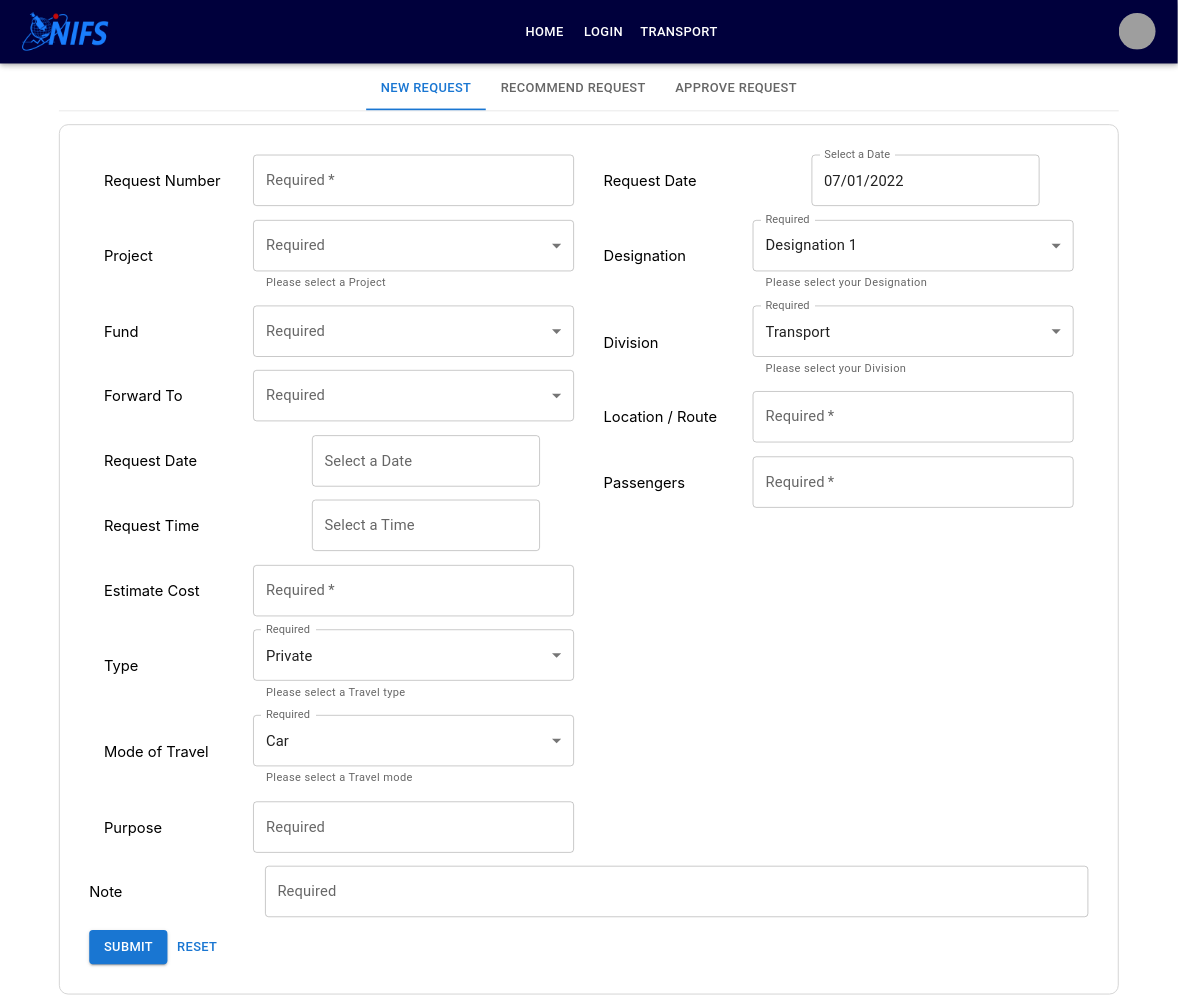
Repository: Ravindu97/NIFS_WebApplication
Page: /transport (app in client/)
These files come from the project's save history. The page is drawn as it stood at one moment and after the next save; the edit follows.
The browser window is 1280 px wide. The pictures show the whole page, at 92% of full size.
Pictures or frames that could not be fetched are drawn as grey boxes. The project was rebuilt for these pictures with package versions that can differ from the ones it lists, and the page was loaded fresh each time. Also part of the build but not shown: client/src/pages/Home.js, client/src/pages/Login.js, client/src/components/Transport/RecommendedRequest.js, client/src/components/Transport/ApproveRequest.js.

Above is the page before, as saved 2022-07-01 11:48:13.

### client/src/index.css
body {
  margin: 0;
  font-family: -apple-system, BlinkMacSystemFont, 'Segoe UI', 'Roboto', 'Oxygen',
    'Ubuntu', 'Cantarell', 'Fira Sans', 'Droid Sans', 'Helvetica Neue',
    sans-serif;
  -webkit-font-smoothing: antialiased;
  -moz-osx-font-smoothing: grayscale;
}

:root{
  --main-navbar-back: #00003c;

}


.nav-logo{
  width: 100px;
  height: auto;
}

/* main navbar */
.main-navbar{
  background-color: var(--main-navbar-back) !important;
}

/* secondary navbar */
.secondary-navbar{
  margin-top: 10vh !important;
  margin: auto;
}

/* body content */
.body-content{
  margin: auto;
  width: 90%;
  margin-top: 2vh;
}

/* -------------------css for form starts here */
/* form section means outsice the <form> tag */

.form-section{
  border: 1px solid #d2d2d2;
  border-radius: 10px;
  padding: 2rem;
  margin-bottom: 2vh;
}

/* input fields */
.input-fields{
  display: flex;
  align-items: center;
  margin-bottom: 2vh;
}

.input-fields label{
  margin-right: 2vw;
  width: 200px;
}

.form-left,.form-right{

  margin-left: 1em;
  margin-right: 1em;
}

/* -----------------css for form ends here */

### client/src/App.js
import * as React from 'react';
import { BrowserRouter as Router, Route, Routes } from 'react-router-dom';
import Navbar from './components/shared/Navbar';
import Home from './pages/Home';
import Login from './pages/Login';
import TransportMainPage from './pages/TransportMainPage';

function App() {
	return (
		<div>
			<Router>
				<Navbar />
				<Routes>
					<Route exact path="/" element={<Home />} />
					<Route exact path="/login" element={<Login />} />
					<Route exact path="/transport/*" element={<TransportMainPage />} />
				</Routes>
			</Router>
		</div>
	);
}

export default App;

### client/src/components/shared/Navbar.js
import * as React from 'react';
import AppBar from '@mui/material/AppBar';
import Box from '@mui/material/Box';
import Toolbar from '@mui/material/Toolbar';
import IconButton from '@mui/material/IconButton';
import Typography from '@mui/material/Typography';
import Menu from '@mui/material/Menu';
import MenuIcon from '@mui/icons-material/Menu';
import Container from '@mui/material/Container';
import Avatar from '@mui/material/Avatar';
import Button from '@mui/material/Button';
import Tooltip from '@mui/material/Tooltip';
import MenuItem from '@mui/material/MenuItem';
import { Link } from 'react-router-dom';
import Logo from '../../images/nifs_logo.png';

const Navbar = () => {
	const pages = [
		{
			id: 0,
			title: 'Home',
			link: '/',
		},
		{
			id: 1,
			title: 'Login',
			link: '/login',
		},
		{
			id: 2,
			title: 'Transport',
			link: '/transport',
		},
	];

	const settings = [
		{
			id: 0,
			title: 'Home',
			link: '/',
		},
		{
			id: 1,
			title: 'Login',
			link: '/login',
		},
		{
			id: 2,
			title: 'Transport',
			link: '/transport',
		},
	];

	const [anchorElNav, setAnchorElNav] = React.useState(null);
	const [anchorElUser, setAnchorElUser] = React.useState(null);

	const handleOpenNavMenu = (event) => {
		setAnchorElNav(event.currentTarget);
	};
	const handleOpenUserMenu = (event) => {
		setAnchorElUser(event.currentTarget);
	};

	const handleCloseNavMenu = () => {
		setAnchorElNav(null);
	};

	const handleCloseUserMenu = () => {
		setAnchorElUser(null);
	};

	return (
		<AppBar position="fixed" className="main-navbar">
			<Container maxWidth="xl">
				<Toolbar disableGutters>
					{/*Responsive view start here  */}
					<Box sx={{ display: { xs: 'none', md: 'flex' }, mr: 1 }}>
						<img src={Logo} alt="logo" className="nav-logo" />
					</Box>

					<Box sx={{ flexGrow: 1, display: { xs: 'flex', md: 'none' } }}>
						<IconButton
							size="large"
							aria-label="account of current user"
							aria-controls="menu-appbar"
							aria-haspopup="true"
							onClick={handleOpenNavMenu}
							color="inherit"
						>
							<MenuIcon />
						</IconButton>
						<Menu
							id="menu-appbar"
							anchorEl={anchorElNav}
							anchorOrigin={{
								vertical: 'bottom',
								horizontal: 'left',
							}}
							keepMounted
							transformOrigin={{
								vertical: 'top',
								horizontal: 'left',
							}}
							open={Boolean(anchorElNav)}
							onClose={handleCloseNavMenu}
							sx={{
								display: { xs: 'block', md: 'none' },
							}}
						>
							{pages &&
								pages.map((page) => (
									<MenuItem key={page.id} onClick={handleCloseNavMenu}>
										<Link to={page.link} style={{ textDecoration: 'none' }}>
											<Typography textAlign="center">{page.title}</Typography>
										</Link>
									</MenuItem>
								))}
						</Menu>
					</Box>
					{/* Responsive view ends here */}

					{/* Full width starts here */}
					<Box
						sx={{
							mr: 2,
							display: { xs: 'flex', md: 'none' },
							flexGrow: 1,
						}}
					>
						<img src={Logo} alt="logo" className="nav-logo" />
					</Box>

					<Box
						sx={{ flexGrow: 1, display: { xs: 'none', md: 'flex' } }}
						style={{ justifyContent: 'center' }}
					>
						{pages &&
							pages.map((page) => (
								<Link to={page.link} style={{ textDecoration: 'none' }}>
									<Button
										key={page.id}
										onClick={handleCloseNavMenu}
										sx={{ my: 2, color: 'white', display: 'block' }}
									>
										{page.title}
									</Button>
								</Link>
							))}
					</Box>

					{/* end of the navbar */}
					<Box sx={{ flexGrow: 0 }}>
						<Tooltip title="Open settings">
							<IconButton onClick={handleOpenUserMenu} sx={{ p: 0 }}>
								<Avatar
									alt="Remy Sharp"
									src="https://images.unsplash.com/photo-1566753323558-f4e0952af115?ixlib=rb-1.2.1&ixid=MnwxMjA3fDB8MHxzZWFyY2h8MXx8bWFsZXxlbnwwfHwwfHw%3D&w=1000&q=80"
								/>
							</IconButton>
						</Tooltip>
						<Menu
							sx={{ mt: '45px' }}
							id="menu-appbar"
							anchorEl={anchorElUser}
							anchorOrigin={{
								vertical: 'top',
								horizontal: 'right',
							}}
							keepMounted
							transformOrigin={{
								vertical: 'top',
								horizontal: 'right',
							}}
							open={Boolean(anchorElUser)}
							onClose={handleCloseUserMenu}
						>
							{settings.map((setting) => (
								<MenuItem key={setting.id} onClick={handleCloseUserMenu}>
									<Typography textAlign="center">{setting.title}</Typography>
								</MenuItem>
							))}
						</Menu>
					</Box>
				</Toolbar>
			</Container>
		</AppBar>
	);
};
export default Navbar;

### client/src/pages/TransportMainPage.js
import React from 'react';

import TransportNavbar from '../components/Transport/shared/TransportNavbar';
import { Route, Routes } from 'react-router-dom';
import NewRequest from '../components/Transport/NewRequest';
import RecommendedRequest from '../components/Transport/RecommendedRequest';
import ApproveRequest from '../components/Transport/ApproveRequest';

// transport main page where all other section of transport department can be access from here
function TransportMainPage() {
	return (
		<div>
			<TransportNavbar />
			<div className="body-content">
				<Routes>
					<Route exact path="/" element={<NewRequest />} />
					<Route exact path="/recommend" element={<RecommendedRequest />} />
					<Route exact path="/approve" element={<ApproveRequest />} />
				</Routes>
			</div>
		</div>
	);
}

export default TransportMainPage;

### client/src/components/Transport/shared/TransportNavbar.js
import * as React from 'react';
import Tabs from '@mui/material/Tabs';
import Tab from '@mui/material/Tab';
import Box from '@mui/material/Box';
import { Link, useLocation } from 'react-router-dom';

export default function TransportNavbar() {
	const location = useLocation();

	const pages = [
		{
			id: 0,
			title: 'New Request',
			link: '/transport',
		},
		{
			id: 1,
			title: 'Recommend Request',
			link: '/transport/recommend',
		},
		{
			id: 2,
			title: 'Approve Request',
			link: '/transport/approve',
		},
	];

	return (
		<Box sx={{ width: '90%' }} className="secondary-navbar">
			<Box sx={{ borderBottom: 1, borderColor: 'divider' }}>
				<Tabs value={location.pathname} centered>
					{pages &&
						pages.map((page) => (
							<Tab
								key={page.id}
								label={page.title}
								value={page.link}
								component={Link}
								to={page.link}
							/>
						))}
				</Tabs>
			</Box>
		</Box>
	);
}

### client/src/components/Transport/NewRequest.js
import {
	Button,
	TextField,
	Select,
	InputLabel,
	MenuItem,
	FormControl,
} from '@mui/material';
import React, { useState } from 'react';
import { useForm } from 'react-hook-form';
import Box from '@mui/material/Box';
// import datepicker
import { AdapterDateFns } from '@mui/x-date-pickers/AdapterDateFns';
import { LocalizationProvider } from '@mui/x-date-pickers/LocalizationProvider';
import { DatePicker } from '@mui/x-date-pickers/DatePicker';
import { TimePicker } from '@mui/x-date-pickers/TimePicker';
import { StaticTimePicker } from '@mui/x-date-pickers/StaticTimePicker';
// sample data files start here
import Projects from './shared/sampleData/Project.json';
import Funds from './shared/sampleData/Fund.json';
import ForwardedTo from './shared/sampleData/ForwardedTo.json';
import Divisions from './shared/sampleData/Division.json';
import Designations from './shared/sampleData/Designation.json';

// sample data files ends here

function NewRequest() {
	// date set to be stored
	const { register, handleSubmit, reset } = useForm();

	const [project, setProjects] = useState(Projects);
	const [fund, setFunds] = useState(Funds);
	const [forwardedTo, setForwardedTos] = useState(ForwardedTo);
	const [division, setDivisions] = useState(Divisions);
	const [designation, setDesignations] = useState(Designations);
	const [reqDate, setReqDate] = React.useState(null);
	const [reqTime, setReqTime] = React.useState(null);
	const [today, setToday] = React.useState(new Date());

	const submitDetails = (data) => {
		console.log(data);
	};

	return (
		<div className="form-section">
			<form onSubmit={handleSubmit(submitDetails)}>
				<Box
					sx={{
						display: { xs: 'block', md: 'flex' },
						justifyContent: 'center',
					}}
				>
					{/* left section of the form */}

					<Box
						className="form-left"
						sx={{
							width: { xs: '90%', md: '50%' },
						}}
					>
						{/* Request number */}

						<Box className="input-fields">
							<label>Request Number</label>
							<TextField
								fullWidth
								required
								type="text"
								name="reqNo"
								id="outlined-basic"
								label="Required"
								variant="outlined"
								{...register('reqNo', { required: true })}
							/>
						</Box>

						{/* Select project */}

						<Box className="input-fields">
							<label>Project</label>
							<TextField
								fullWidth
								id="outlined-select-project-native"
								select
								label="Required"
								name="project"
								{...register('project', { required: true })}
								SelectProps={{
									native: true,
								}}
								helperText="Please select a Project"
							>
								<option value="" selected disabled></option>
								{project.map((option) => (
									<option key={option.id} value={option.value}>
										{option.value}
									</option>
								))}
							</TextField>
						</Box>

						{/* Select Fund */}

						<Box className="input-fields">
							<label>Fund</label>
							<TextField
								fullWidth
								id="outlined-select-fund-native"
								select
								label="Required"
								name="fund"
								{...register('fund', { required: true })}
								SelectProps={{
									native: true,
								}}
							>
								<option value="" selected disabled></option>
								{fund.map((option) => (
									<option key={option.id} value={option.value}>
										{option.value}
									</option>
								))}
							</TextField>
						</Box>

						{/* Select Forward */}

						<Box className="input-fields">
							<label>Forward To</label>
							<TextField
								fullWidth
								id="outlined-select-forward-native"
								select
								label="Required"
								name="forwardTo"
								{...register('forwardTo', { required: true })}
								SelectProps={{
									native: true,
								}}
							>
								<option value="" selected disabled></option>
								{forwardedTo.map((option) => (
									<option key={option.id} value={option.value}>
										{option.value}
									</option>
								))}
							</TextField>
						</Box>

						{/* date picker */}

						<Box className="input-fields">
							<LocalizationProvider dateAdapter={AdapterDateFns}>
								<label>Request Date</label>
								<DatePicker
									label="Select a Date"
									value={reqDate}
									{...register('requestDate', { required: true })}
									onChange={(newValue) => {
										setReqDate(newValue);
									}}
									renderInput={(params) => <TextField {...params} />}
								/>
							</LocalizationProvider>
						</Box>

						{/* Time picker */}

						<Box className="input-fields">
							<LocalizationProvider dateAdapter={AdapterDateFns}>
								<label>Request Time</label>
								<TimePicker
									label="Select a Time"
									value={reqTime}
									{...register('requestTime', { required: true })}
									onChange={(newValue) => {
										setReqTime(newValue);
									}}
									renderInput={(params) => <TextField {...params} />}
								/>
							</LocalizationProvider>
						</Box>

						{/* cost */}

						<Box className="input-fields">
							<label>Estimate Cost</label>
							<TextField
								fullWidth
								required
								type="text"
								name="estimateCost"
								id="outlined-basic"
								label="Required"
								variant="outlined"
								{...register('estimateCost', { required: true })}
							/>
						</Box>

						{/* travel type */}

						<Box className="input-fields">
							<label>Type</label>
							<TextField
								fullWidth
								id="outlined-select-forward-native"
								select
								label="Required"
								name="travelType"
								{...register('travelType', { required: true })}
								SelectProps={{
									native: true,
								}}
								helperText="Please select a Travel type"
							>
								<option value="private">Private</option>
								<option value="official">Official</option>
							</TextField>
						</Box>

						{/* Travel mode */}

						<Box className="input-fields">
							<label>Mode of Travel</label>
							<TextField
								fullWidth
								id="outlined-select-forward-native"
								select
								label="Required"
								name="travelMode"
								{...register('travelMode', { required: true })}
								SelectProps={{
									native: true,
								}}
								helperText="Please select a Travel mode"
							>
								<option value="car">Car</option>
								<option value="van">Van</option>
								<option value="cab">Cab</option>
							</TextField>
						</Box>

						{/* purpose */}

						<Box className="input-fields">
							<label>Purpose</label>
							<TextField
								fullWidth
								id="outlined-textarea"
								label="Required"
								name="purpose"
								{...register('purpose', { required: true })}
								SelectProps={{
									native: true,
								}}
								multiline
							/>
						</Box>
					</Box>

					{/* right section of the form */}

					<Box
						className="form-right"
						sx={{
							width: { xs: '90%', md: '50%' },
						}}
					>
						{/* today date picker */}

						<Box className="input-fields">
							<LocalizationProvider dateAdapter={AdapterDateFns}>
								<label>Request Date</label>
								<DatePicker
									label="Select a Date"
									value={today}
									{...register('requestDate', { required: true })}
									onChange={(newValue) => {
										setToday(newValue);
									}}
									renderInput={(params) => <TextField {...params} />}
								/>
							</LocalizationProvider>
						</Box>

						{/* designations */}

						<Box className="input-fields">
							<label>Designation</label>
							<TextField
								fullWidth
								id="outlined-select-forward-native"
								select
								label="Required"
								name="designation"
								{...register('designation', { required: true })}
								SelectProps={{
									native: true,
								}}
								helperText="Please select your Designation"
							>
								{designation.map((option) => (
									<option key={option.id} value={option.value}>
										{option.value}
									</option>
								))}
							</TextField>
						</Box>

						{/* division */}

						<Box className="input-fields">
							<label>Division</label>
							<TextField
								fullWidth
								id="outlined-select-forward-native"
								select
								label="Required"
								name="division"
								{...register('division', { required: true })}
								SelectProps={{
									native: true,
								}}
								helperText="Please select your Division"
							>
								{division.map((option) => (
									<option key={option.id} value={option.value}>
										{option.value}
									</option>
								))}
							</TextField>
						</Box>

						{/* HOD */}

						{/* Location / route */}

						<Box className="input-fields">
							<label>Location / Route</label>
							<TextField
								fullWidth
								required
								type="text"
								name="route"
								id="outlined-basic"
								label="Required"
								variant="outlined"
								{...register('route', { required: true })}
							/>
						</Box>

						{/* Location / route */}

						<Box className="input-fields">
							<label>Passengers</label>
							<TextField
								fullWidth
								required
								type="text"
								name="passengers"
								id="outlined-basic"
								label="Required"
								variant="outlined"
								{...register('passengers', { required: true })}
							/>
						</Box>
					</Box>
				</Box>

				{/* Note */}

				<Box sx={{ justifyContent: 'center' }}>
					<Box className="input-fields">
						<label>Note</label>
						<TextField
							fullWidth
							id="outlined-textarea"
							label="Required"
							name="note"
							{...register('note', { required: true })}
							SelectProps={{
								native: true,
							}}
							multiline
						/>
					</Box>
				</Box>

				{/* submit button */}

				<Box>
					<Button type="submit" variant="contained">
						Submit
					</Button>

					{/* reset the form */}

					<Button
						type="button"
						onClick={() => {
							reset({
								reqNo: '',
								project: '',
								fund: '',
								forwardTo: '',
								requestDate: '',
								requestTime: '',
								estimateCost: '',
								travelType: '',
								travelMode: '',
								purpose: '',
								note: '',
								employee: '',
								designation: '',
								date: '',
								division: '',
								HOD: '',
								route: '',
								passengers: '',
							});
						}}
					>
						Reset
					</Button>
				</Box>
			</form>
		</div>
	);
}

export default NewRequest;

### client/src/components/Transport/shared/sampleData/Project.json
[
    {
        "id": 0,
        "value": "Kandy tunnel"
    },
    {
        "id": 1,
        "value": "Moragahakanda project"
    },
    {
        "id": 2,
        "value": "Gin nilwala project"
    },
    {
        "id": 3,
        "value": "Samanala wewa projecct"
    },
    {
        "id": 4,
        "value": "Data visualization"
    }
]

### client/src/components/Transport/shared/sampleData/Fund.json
[
    {
        "id": 0,
        "value": "Stock market"
    },
    {
        "id": 1,
        "value": "BOC bank"
    },
    {
        "id": 2,
        "value": "Savings"
    },
    {
        "id": 3,
        "value": "Ticketing"
    },
    {
        "id": 4,
        "value": "Car wash"
    }
]

### client/src/components/Transport/shared/sampleData/ForwardedTo.json
[
    {
        "id": 0,
        "value": "Mr. Kamal"
    },
    {
        "id": 1,
        "value": "Mr. Sunil"
    },
    {
        "id": 2,
        "value": "Mr. Kusal"
    },
    {
        "id": 3,
        "value": "Mrs. Nayana"
    },
    {
        "id": 4,
        "value": "Miss Rashmi"
    }
]

### client/src/components/Transport/shared/sampleData/Division.json
[
    {
        "id": 0,
        "value": "Transport"
    },
    {
        "id": 1,
        "value": "Financial"
    },
    {
        "id": 2,
        "value": "Computer"
    },
    {
        "id": 3,
        "value": "Admin"
    },
    {
        "id": 4,
        "value": "Director"
    }
]

### client/src/components/Transport/shared/sampleData/Designation.json
[
    {
        "id": 0,
        "value": "Designation 1"
    },
    {
        "id": 1,
        "value": "Designation 2"
    },
    {
        "id": 2,
        "value": "Designation 3"
    },
    {
        "id": 3,
        "value": "Designation 4"
    },
    {
        "id": 4,
        "value": "Designation 5"
    }
]

Loaded but not shown: client/src/index.js (common file); client/src/reportWebVitals.js (common file)

After the next save:
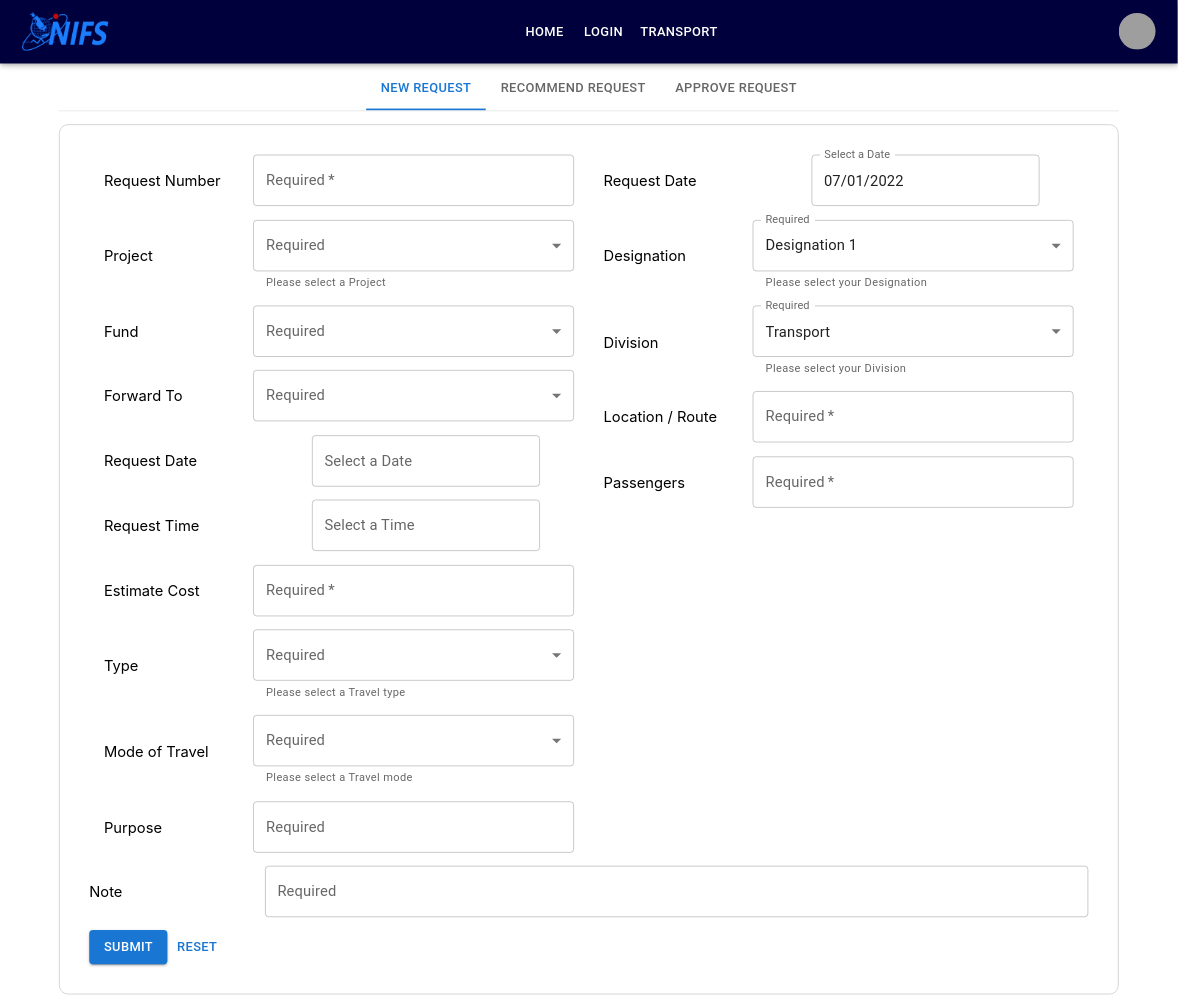
Saved 15 s later.
--- a/client/src/components/Transport/NewRequest.js
+++ b/client/src/components/Transport/NewRequest.js
@@ -213,6 +213,7 @@ function NewRequest() {
 								}}
 								helperText="Please select a Travel type"
 							>
+								<option value="" selected disabled></option>
 								<option value="private">Private</option>
 								<option value="official">Official</option>
 							</TextField>
@@ -234,6 +235,7 @@ function NewRequest() {
 								}}
 								helperText="Please select a Travel mode"
 							>
+								<option value="" selected disabled></option>
 								<option value="car">Car</option>
 								<option value="van">Van</option>
 								<option value="cab">Cab</option>
